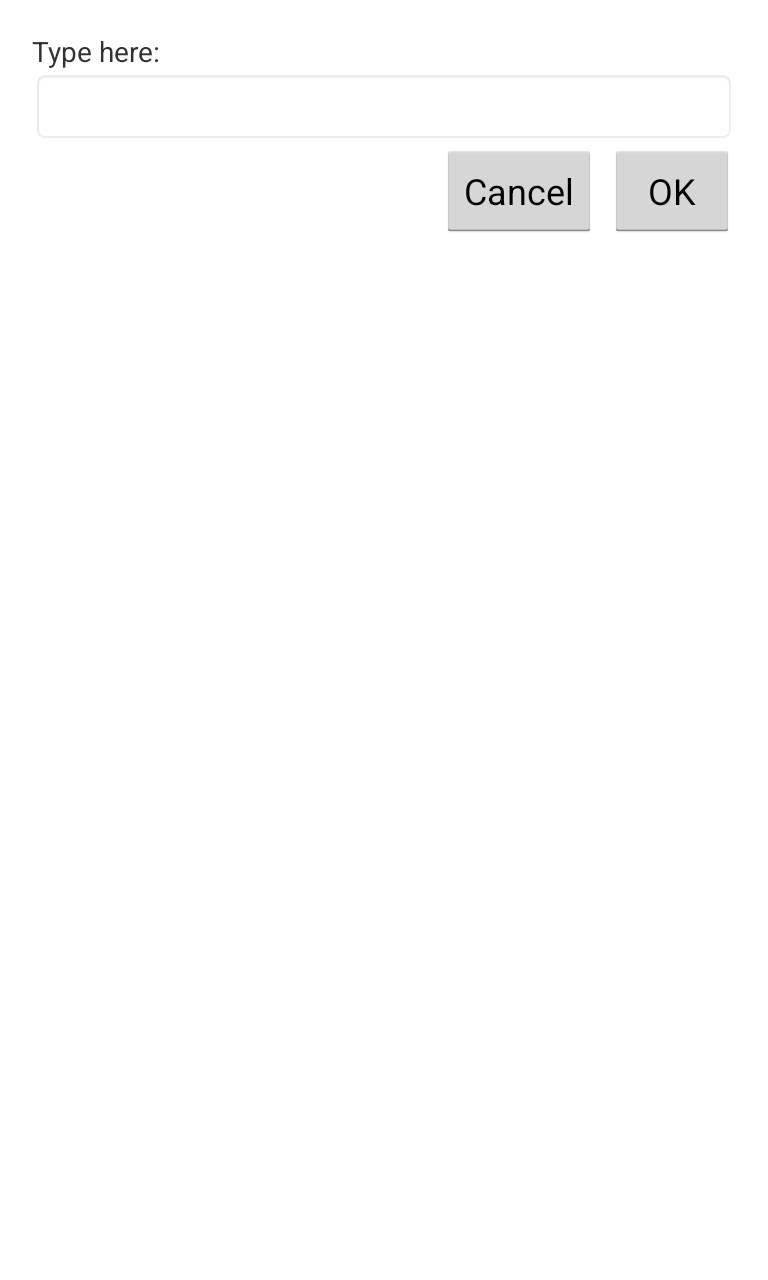
Repository: HouJun11220033/Android
Layout: Layout_03/res/layout/activity_main.xml
An editor plug-in stored every save of this project. The layout is shown before and after the next save, followed by the edit.
It is drawn on a 768 x 1280 px phone screen (xhdpi) without system bars, with theme AppTheme; the app's code is not run.

Above is the layout before, as saved 2016-09-15 13:55:41.

After the next save:
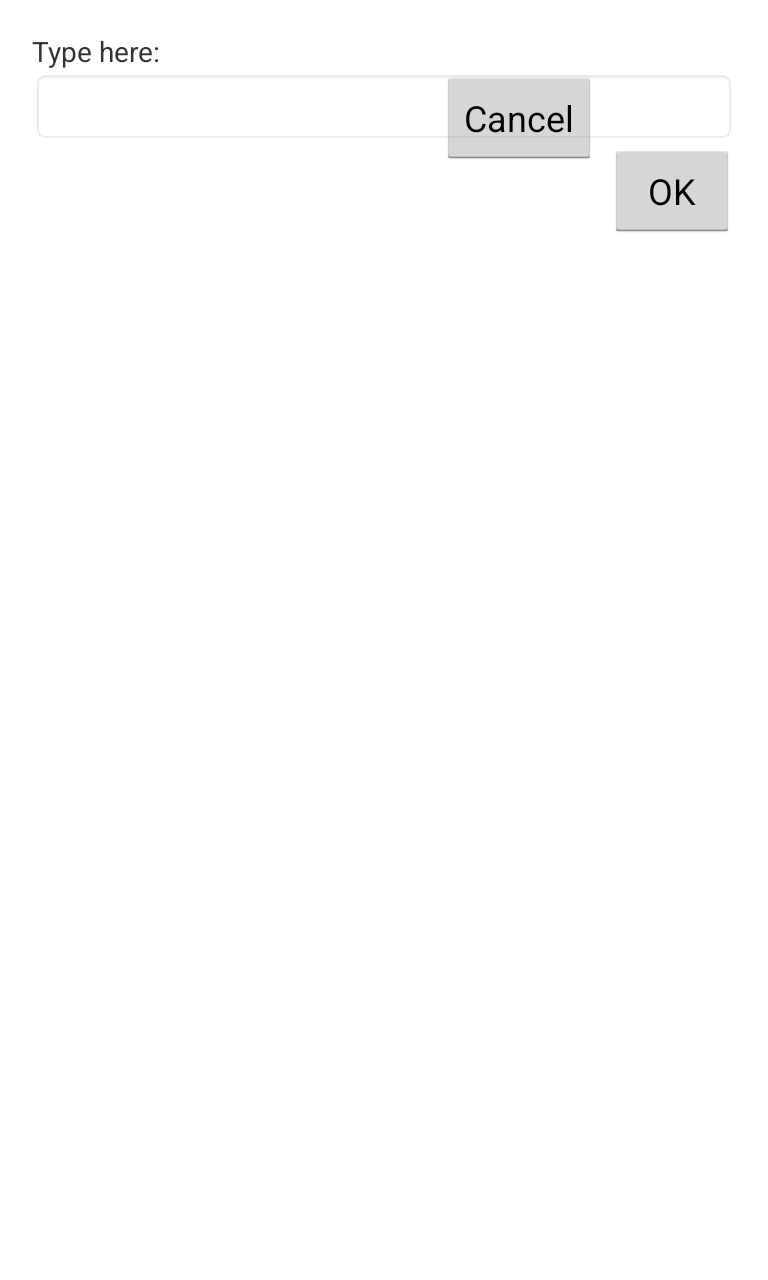
Saved 2 min 52 s later.
--- a/Layout_03/res/layout/activity_main.xml
+++ b/Layout_03/res/layout/activity_main.xml
@@ -38,7 +38,7 @@
     <Button
         android:layout_width="wrap_content"
         android:layout_height="wrap_content"
-        android:layout_alignTop="@id/ok"
+        android:layout_alignTop="@id/entry"
         android:layout_toLeftOf="@id/ok"
         android:text="Cancel" />
 

After the save that followed:
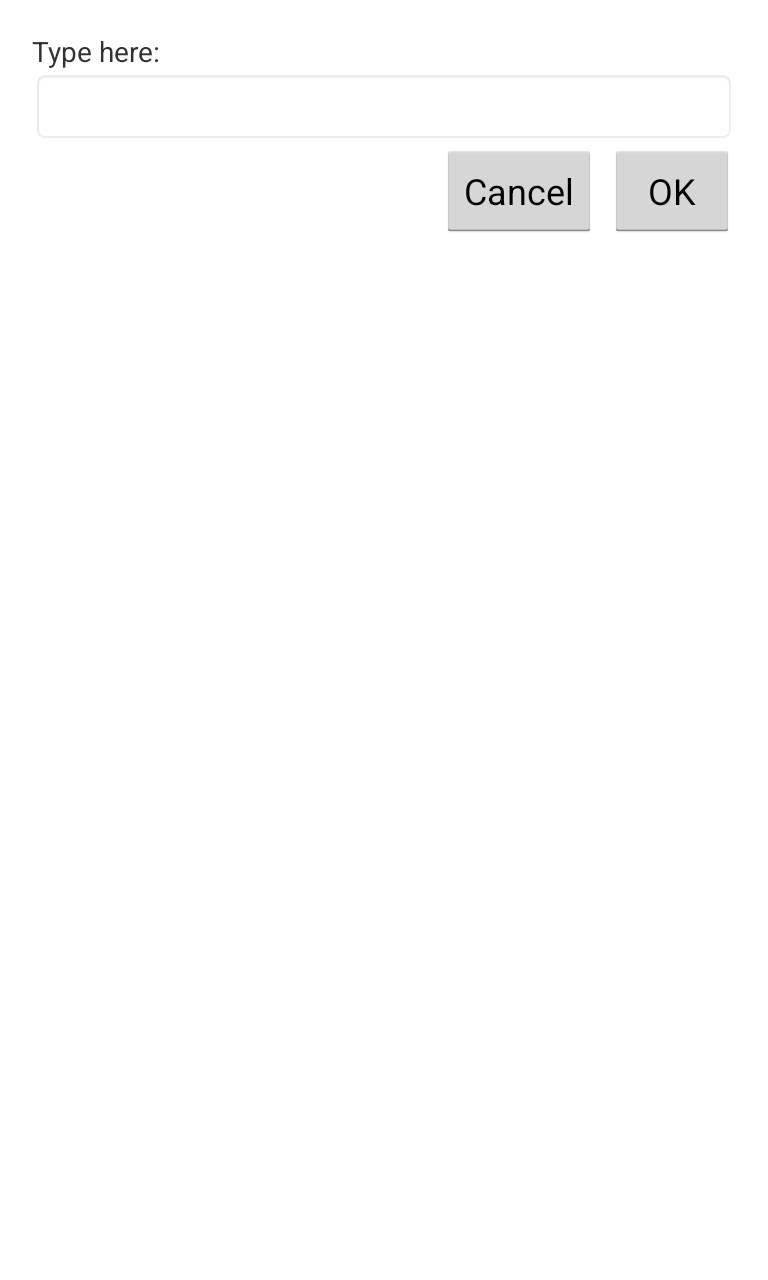
Saved 9 s later.
--- a/Layout_03/res/layout/activity_main.xml
+++ b/Layout_03/res/layout/activity_main.xml
@@ -38,7 +38,7 @@
     <Button
         android:layout_width="wrap_content"
         android:layout_height="wrap_content"
-        android:layout_alignTop="@id/entry"
+        android:layout_alignTop="@id/ok"
         android:layout_toLeftOf="@id/ok"
         android:text="Cancel" />
 
